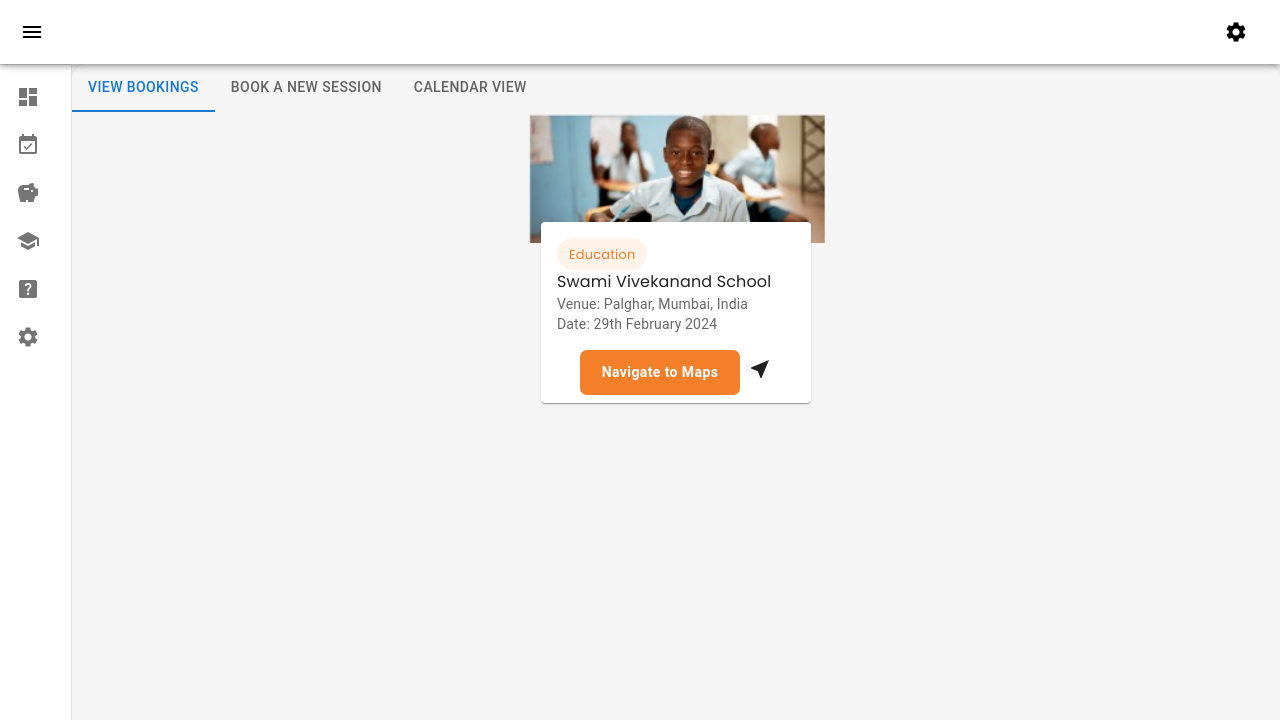
Repository: shubhampirate/Google_Solutions_Edural
Page: /bookings
An editor plug-in stored every save of this project. The page is shown before and after a run of saves, followed by the edit.
The browser window is 1280 px wide. The pictures show the whole page.
An inner scrolling area shows only its first screen. The project was rebuilt for these pictures with package versions that can differ from the ones it lists, and the page was loaded fresh each time. Some packages were replaced by stand-ins written for this rebuild. Also part of the build but not shown: src/Components/Navbar.jsx, src/Components/Footer.jsx, src/Components/CongratsCard.jsx, src/pages/Hero/Hero.jsx, src/pages/Dashboard/Dashboard.jsx, src/pages/Sign_in.jsx, src/pages/Bookings/LicenseCard.jsx.

Above is the page before, as saved 2024-02-04 18:29:15.

### src/index.js
import React from "react";
import ReactDOM from "react-dom/client";
import "./index.css";
import { GoogleOAuthProvider } from '@react-oauth/google';
import App from "./App";
import { BrowserRouter } from "react-router-dom";
const root = ReactDOM.createRoot(
    document.getElementById("root"));
root.render(
    <BrowserRouter>
<GoogleOAuthProvider clientId="730379698185-cv7a59sok9sod43v04ee6g6pt4gtaea2.apps.googleusercontent.com">
        {/* <React.StrictMode> */}
            <App />
        {/* </React.StrictMode> */}
    </GoogleOAuthProvider>
    </BrowserRouter>

);

### src/App.jsx
import Hero from "./pages/Hero/Hero";
import Dashboard from "./pages/Dashboard/Dashboard";
import Layout from "./Components/layout";
import SignIn from "./pages/Sign_in";
import Booking from "./pages/Bookings/bookings"
import {useState} from "react";
import { Route, Routes } from "react-router-dom";
function App() {
  return (
    <>
      {/* <Hero />   */}
      {/* <SignIn /> */}
      <Routes>
        <Route path="/signin" element={<><SignIn /></>} />
        <Route path="/dashboard" element={<Layout><Dashboard /></Layout>} />
        {/* <Route path="/education" element={<><Education /></>} /> */}
        <Route path="/bookings" element={<Layout><Booking /></Layout>} />
        {/* <Route path="/profile" element={<><Profile /></>} /> */}
        {/* <Route path="/finance" element={<><Finance /></>} /> */}
        {/* <Route path="/questions" element={<><Questions /></>} /> */}
        {/* <Route path="/retireaibot" element={<><Bot /></>} /> */}
        <Route path="/" element={<><Hero /></>} />
      </Routes>
         </>
  );
}

export default App;

### src/Components/layout.jsx
import React from 'react';
import { styled, createTheme, ThemeProvider } from '@mui/material/styles';
import CssBaseline from '@mui/material/CssBaseline';
import MuiDrawer from '@mui/material/Drawer';
import Box from '@mui/material/Box';
import MuiAppBar from '@mui/material/AppBar';
import Toolbar from '@mui/material/Toolbar';
import IconButton from '@mui/material/IconButton';
import MenuIcon from '@mui/icons-material/Menu';
import ChevronLeftIcon from '@mui/icons-material/ChevronLeft';
import { mainListItems } from './listItems';
import { List } from '@mui/material';
import Divider from '@mui/material/Divider';
import Badge from '@mui/material/Badge';
// import NotificationsIcon from '@mui/icons-material/Notifications';
import Typography from '@mui/material/Typography';
import SettingsIcon from '@mui/icons-material/Settings';
const drawerWidth = 240;

const AppBar = styled(MuiAppBar, {
  shouldForwardProp: (prop) => prop !== 'open',
})(({ theme, open }) => ({
  zIndex: theme.zIndex.drawer + 1,
  transition: theme.transitions.create(['width', 'margin'], {
    easing: theme.transitions.easing.sharp,
    duration: theme.transitions.duration.leavingScreen,
  }),
  ...(open && {
    marginLeft: drawerWidth,
    width: `calc(100% - ${drawerWidth}px)`,
    transition: theme.transitions.create(['width', 'margin'], {
      easing: theme.transitions.easing.sharp,
      duration: theme.transitions.duration.enteringScreen,
    }),
  }),
  backgroundColor: 'white', // Set background color to white
  color: 'black',
}));

const Drawer = styled(MuiDrawer, { shouldForwardProp: (prop) => prop !== 'open' })(
  ({ theme, open }) => ({
    '& .MuiDrawer-paper': {
      position: 'relative',
      whiteSpace: 'nowrap',
      width: drawerWidth,
      transition: theme.transitions.create('width', {
        easing: theme.transitions.easing.sharp,
        duration: theme.transitions.duration.enteringScreen,
      }),
      boxSizing: 'border-box',
      ...(!open && {
        overflowX: 'hidden',
        transition: theme.transitions.create('width', {
          easing: theme.transitions.easing.sharp,
          duration: theme.transitions.duration.leavingScreen,
        }),
        width: theme.spacing(7),
        [theme.breakpoints.up('sm')]: {
          width: theme.spacing(9),
        },
      }),
    },
  }),
);

const defaultTheme = createTheme();

const Layout = ({ children }) => {
  const [open, setOpen] = React.useState(false);

  const toggleDrawer = () => {
    setOpen(!open);
  };

  return (
    <ThemeProvider theme={defaultTheme}>
      <Box sx={{ display: 'flex' }}>
        <CssBaseline />
        <AppBar position="absolute" open={open}
        //  sx={{
        //         backgroundColor:
        //         // "rgba(244, 127, 42, 0.04)",
        //         (theme) =>
        //         theme.palette.mode === 'light'
        //             ? theme.palette.grey[100]
        //             : theme.palette.grey[900]}}
                    >
          <Toolbar
            sx={{
              pr: '24px', // keep right padding when drawer closed
            }}
          >
            <IconButton
              edge="start"
              color="inherit"
              aria-label="open drawer"
              onClick={toggleDrawer}
              sx={{
                marginRight: '36px',
                ...(open && { display: 'none' }),
              }}
            >
              <MenuIcon />
            </IconButton>
            <Typography
              component="h1"
              variant="h6"
              color="inherit"
              noWrap
              sx={{ flexGrow: 1 }}
            >
              {/* Dashboard */}
            </Typography>
            <IconButton color="inherit">
              {/* <Badge badgeContent={4} color="secondary"> */}
                <SettingsIcon />
              {/* </Badge> */}
            </IconButton>

          </Toolbar>
        </AppBar>
        <Drawer variant="permanent" open={open}>
          <Toolbar
            sx={{
              display: 'flex',
              alignItems: 'center',
              justifyContent: 'flex-end',
              px: [1],
            }}
          >
            <IconButton onClick={toggleDrawer}>
              <ChevronLeftIcon />
            </IconButton>
          </Toolbar>
          <Divider />
            <List component="nav">
                {mainListItems}
            </List>
        </Drawer>
        <Box
          component="main"
          sx={{
            backgroundColor: (theme) =>
              theme.palette.mode === 'light'
                ? theme.palette.grey[100]
                : theme.palette.grey[900],
            flexGrow: 1,
            height: '100vh',
            overflow: 'auto',
          }}
        >
          <Toolbar />
          {/* Content of individual pages */}
          {children}
        </Box>
      </Box>
    </ThemeProvider>
  );
};

export default Layout;

### src/pages/Bookings/bookings.jsx
import React, { useState, useEffect } from 'react';
import { styled, createTheme, ThemeProvider } from '@mui/material/styles';
import CssBaseline from '@mui/material/CssBaseline';
import Box from '@mui/material/Box';
import Tabs from '@mui/material/Tabs';
import Tab from '@mui/material/Tab';
import Card from '@mui/material/Card';
import CardContent from '@mui/material/CardContent';
import Typography from '@mui/material/Typography';
import GoogleMapReact from 'google-map-react'; // Install with npm/yarn
import FullCalendar from '@fullcalendar/react'; // Install with npm/yarn
import dayGridPlugin from '@fullcalendar/daygrid'; // Install with npm/yarn
import LicenseCard from './LicenseCard';
import { CardActions, Button } from '@mui/material';
import Chip from '@mui/material/Chip';
import CustomButton from '../../Components/CustomButton';
import heroImg from "../../media/img_1.jpeg";
import NorthEastIcon from '@mui/icons-material/NorthEast';
import NearMeIcon from '@mui/icons-material/NearMe';
const defaultTheme = createTheme();

const ImageCard = ({ imageSrc, schoolName, venue, date, chipLabel, chipColor, buttonText }) => {
  return (
    <Box position="relative" maxWidth="300px" margin="auto" marginBottom="2rem">
      <img
        src={imageSrc}
        alt="card-background"
        style={{
          width: '100%',
          height: '60%',
          objectFit: 'cover',
        }}
      />
      <Card
        sx={{
          position: 'absolute',
          top: '80%', // Start from around 20% from the top
          left: '5%', // Adjust as needed
          right: '5%', // Adjust as needed
          backgroundColor: (theme) => theme.palette.background.paper,
          opacity: 1,
          overflow: 'auto',
        }}
      >
        <CardContent>
          <Chip
            size="sm"
            variant="soft"
            label={chipLabel}
            sx={{ backgroundColor: chipColor, color: '#F47F2A', marginRight: '8px' }}
          />
          <br />
          <Typography variant="h7" gutterBottom>
            {schoolName}
          </Typography>
          <Typography variant="body2" color="text.secondary">
            Venue: {venue}
          </Typography>
          <Typography variant="body2" color="text.secondary">
            Date: {date}
          </Typography>
        </CardContent>
        <Box sx={{ display: 'flex-between', alignItems: 'center', justifyContent: 'center', marginBottom: '8px' }}>
          <CustomButton backgroundColor="#F47F2A" color="#fff" buttonText={buttonText} heroBtn={true} />
          <NearMeIcon sx={{ marginLeft: '8px' }} />
        </Box>
      </Card>
    </Box>
  );
};


const calendarEvents = [
  { id: 1, title: 'Event 1', start: '2024-02-10', end: '2024-02-12' },
  { id: 2, title: 'Event 2', start: '2024-02-15', end: '2024-02-18' },
  // Add more calendar event data as needed
];

const AnyReactComponent = ({ text }) => <div>{text}</div>;

export default function Booking() {
  const [tabValue, setTabValue] = useState(0);

  const handleChangeTab = (event, newValue) => {
    setTabValue(newValue);
  };

  return (
    <ThemeProvider theme={defaultTheme}>
      <Box sx={{ display: 'flex', borderRadius: '16px', overflow: 'hidden', boxShadow: '0px 0px 10px rgba(0, 0, 0, 0.1)' }}>
        <CssBaseline />
        <Box
          component="main"
          sx={{
            backgroundColor: (theme) =>
              theme.palette.mode === 'light'
                ? theme.palette.grey[100]
                : theme.palette.grey[900],
            flexGrow: 1,
            height: '100vh',
            overflow: 'hidden',
          }}
        >
          <Tabs value={tabValue} onChange={handleChangeTab}>
            <Tab label="View Bookings" />
            <Tab label="Book a New Session" />
            <Tab label="Calendar View" />
          </Tabs>

          {tabValue === 0 && (
            <ImageCard
            imageSrc={heroImg}
            schoolName="Swami Vivekanand School"
            venue="Palghar, Mumbai, India"
            date="29th February 2024"
            chipLabel="Education"
            chipColor="rgba(244, 127, 42, 0.1)"
            buttonText="Navigate to Maps"
          />
//              <Box position="relative" maxWidth="300px" margin="auto" marginBottom="2rem">
//              <img
//                src={heroImg}
//                alt="card-background"
//                style={{
//                  width: '100%',
//                  height: '60%',
//                  objectFit: 'cover',
//                }}
//              />
//              <Card
//                sx={{
//                  position: 'absolute',
//                  top: '80%', // Start from around 20% from the top
//                  left: '5%', // Adjust as needed
//                  right: '5%', // Adjust as needed
//                  backgroundColor: (theme) => theme.palette.background.paper,
//                  opacity: 1,

//                 //  minHeight:  , // Adjust as needed
//                  overflow: 'auto',
//                }}
//              >
//                <CardContent>
//                <Chip
//   size="sm"
//   variant="soft"
//   label="Education"
//   sx={{ backgroundColor: 'rgba(244, 127, 42, 0.1)', color: '#F47F2A', marginRight: '8px' }}
// />
//            <br />
//            <Typography variant="h7" gutterBottom>
//            Swami Vivekanand School
//             </Typography>

//           <Typography variant="body2" color="text.secondary">
//           Venue : Palghar, Mumbai, India
//           </Typography>
//           <Typography variant="body2" color="text.secondary">
//           Date : 29th February 2024
//           </Typography>
//                </CardContent>
//         <Box sx={{ display: 'flex-between', alignItems: 'center',justifyContent: 'center', marginBottom : '8px' }}>
//             <CustomButton backgroundColor="#F47F2A" color="#fff" buttonText="Navigate to Maps" heroBtn={true} />
//             <NearMeIcon sx={{ marginLeft: '8px' }} />
//           </Box>

//              </Card>
//            </Box>
          )}

          {tabValue === 1 && (
            <Box>
              {/* Book a New Session Content */}
              {/* Use Google Maps component to search for schools */}
              <GoogleMapReact
                bootstrapURLKeys={{ key: 'YOUR_GOOGLE_MAPS_API_KEY' }}
                defaultCenter={{ lat: 37.7749, lng: -122.4194 }}
                defaultZoom={10}
              >
                <AnyReactComponent lat={37.7749} lng={-122.4194} text="Your Location" />
              </GoogleMapReact>
            </Box>
          )}

          {tabValue === 2 && (
             <Box>
             {/* Calendar View Content */}
             {/* <FullCalendar
               plugins={[dayGridPlugin]}
               initialView="dayGridMonth"
               events={calendarEvents}
             /> */}
           </Box>          )}
        </Box>
      </Box>
    </ThemeProvider>
  );
}

### src/Components/CustomButton.jsx
import { Button, styled } from "@mui/material";
import React from "react";

const CustomButton = ({
  backgroundColor,
  color,
  buttonText,
  heroBtn,
  guideBtn,
  getStartedBtn,
}) => {
  const CustomButton = styled(Button)(({ theme }) => ({
    backgroundColor: backgroundColor,
    color: color,
    fontWeight: "700",
    fontSize: "14px",
    cursor: "pointer",
    padding: "0.5rem 1.25rem",
    borderRadius: "7px",
    textTransform: "none",
    display: "block",
    border: "2px solid transparent",
    "&:hover": {
      backgroundColor: color,
      color: backgroundColor,
      borderColor: backgroundColor,
    },
    [theme.breakpoints.down("md")]: {
      margin: (heroBtn || getStartedBtn) && theme.spacing(0, "auto", 3, "auto"),
      width: (heroBtn || getStartedBtn) && "90%",
    },
    [theme.breakpoints.down("sm")]: {
      marginTop: guideBtn && theme.spacing(3),
      width: guideBtn && "90%",
    },
  }));

  return <CustomButton>{buttonText}</CustomButton>;
};

export default CustomButton;

### src/Components/listItems.jsx
import * as React from 'react';
import ListItemButton from '@mui/material/ListItemButton';
import ListItemIcon from '@mui/material/ListItemIcon';
import ListItemText from '@mui/material/ListItemText';
import DashboardIcon from '@mui/icons-material/Dashboard';
import MedicalInformationIcon from '@mui/icons-material/MedicalInformation';
import SavingsIcon from '@mui/icons-material/Savings';
import SchoolIcon from '@mui/icons-material/School';
import HelpCenterIcon from '@mui/icons-material/HelpCenter';
import SettingsIcon from '@mui/icons-material/Settings';
import SmartToyIcon from '@mui/icons-material/SmartToy';
import { Link } from 'react-router-dom';
// import GoogleTranslateComponent from './GoogleTranslateComponent';
import EventAvailableIcon from '@mui/icons-material/EventAvailable';

export const mainListItems = (
  <>
    <React.Fragment>
      <Link to="/dashboard" style={{ textDecoration: "none", color: "black" }}>
        <ListItemButton>
          <ListItemIcon>
            <DashboardIcon />
          </ListItemIcon>
          <ListItemText primary="Dashboard" />
        </ListItemButton>
      </Link>
      <Link to="/bookings" style={{ textDecoration: "none", color: "black" }}>
        <ListItemButton>
          <ListItemIcon>
            <EventAvailableIcon />
          </ListItemIcon>
          <ListItemText primary="Bookings" />
        </ListItemButton>
      </Link>
      <Link to="/donation" style={{ textDecoration: "none", color: "black" }}>
        <ListItemButton>
          <ListItemIcon>
            <SavingsIcon />
          </ListItemIcon>
          <ListItemText primary="Donation" />
        </ListItemButton>
      </Link>
      <Link to="/education" style={{ textDecoration: "none", color: "black" }}>
        <ListItemButton>
          <ListItemIcon>
            <SchoolIcon />
          </ListItemIcon>
          <ListItemText primary="Educational Test" />
        </ListItemButton>
      </Link>
      <Link to="/questions" style={{ textDecoration: "none", color: "black" }}>
        <ListItemButton>
          <ListItemIcon>
            <HelpCenterIcon />
          </ListItemIcon>
          <ListItemText primary="FAQ" />
        </ListItemButton>
      </Link>
      <Link to="/profile" style={{ textDecoration: "none", color: "black" }}>
        <ListItemButton>
          <ListItemIcon>
            <SettingsIcon />
          </ListItemIcon>
          <ListItemText primary="Profile" />
        </ListItemButton>
      </Link>
      {/* <Link to="/retireaibot" style={{ textDecoration: "none", color: "black" }}>
        <ListItemButton>
          <ListItemIcon>
            <SmartToyIcon />
          </ListItemIcon>
          <ListItemText primary="Retire AI Bot" />
        </ListItemButton>
      </Link> */}
    </React.Fragment >
  </>
);

Loaded but not shown: public/index.html (common file); src/index.css (common file)

After the next 2 saves:
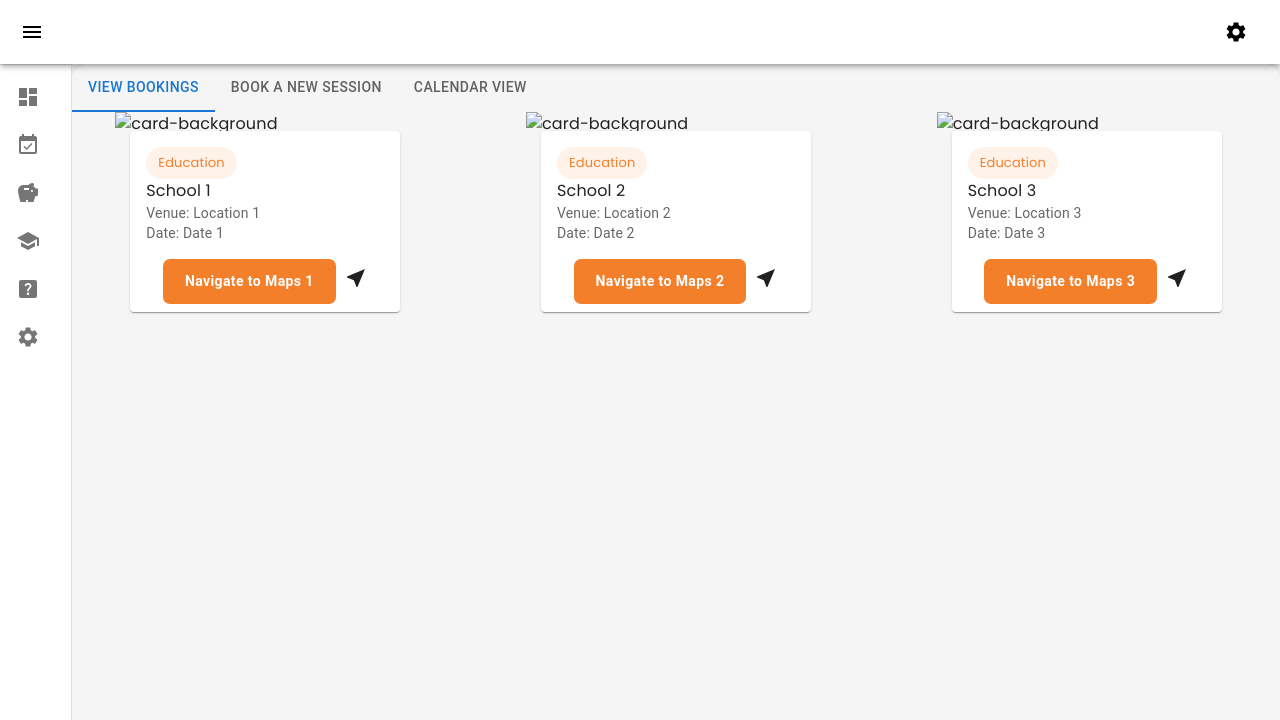
Not found: path/to/your/image1.jpg
Not found: path/to/your/image2.jpg
Not found: path/to/your/image3.jpg
The 2 saves are shown as one change because 1 did not build or start.
The last was saved 3 min 23 s later.
--- a/src/pages/Bookings/bookings.jsx
+++ b/src/pages/Bookings/bookings.jsx
@@ -17,6 +17,7 @@ import CustomButton from '../../Components/CustomButton';
 import heroImg from "../../media/img_1.jpeg";
 import NorthEastIcon from '@mui/icons-material/NorthEast';
 import NearMeIcon from '@mui/icons-material/NearMe';
+import { Grid } from '@mui/material';
 const defaultTheme = createTheme();
 
 const ImageCard = ({ imageSrc, schoolName, venue, date, chipLabel, chipColor, buttonText }) => {
@@ -108,15 +109,42 @@ export default function Booking() {
           </Tabs>
 
           {tabValue === 0 && (
-            <ImageCard
-            imageSrc={heroImg}
-            schoolName="Swami Vivekanand School"
-            venue="Palghar, Mumbai, India"
-            date="29th February 2024"
-            chipLabel="Education"
-            chipColor="rgba(244, 127, 42, 0.1)"
-            buttonText="Navigate to Maps"
-          />
+            <Grid container spacing={3}>
+            <Grid item xs={12} sm={6} md={4} lg={4}>
+              <ImageCard
+                imageSrc="path/to/your/image1.jpg"
+                schoolName="School 1"
+                venue="Location 1"
+                date="Date 1"
+                chipLabel="Education"
+                chipColor="rgba(244, 127, 42, 0.1)"
+                buttonText="Navigate to Maps 1"
+              />
+            </Grid>
+            <Grid item xs={12} sm={6} md={4} lg={4}>
+              <ImageCard
+                imageSrc="path/to/your/image2.jpg"
+                schoolName="School 2"
+                venue="Location 2"
+                date="Date 2"
+                chipLabel="Education"
+                chipColor="rgba(244, 127, 42, 0.1)"
+                buttonText="Navigate to Maps 2"
+              />
+            </Grid>
+            <Grid item xs={12} sm={6} md={4} lg={4}>
+              <ImageCard
+                imageSrc="path/to/your/image3.jpg"
+                schoolName="School 3"
+                venue="Location 3"
+                date="Date 3"
+                chipLabel="Education"
+                chipColor="rgba(244, 127, 42, 0.1)"
+                buttonText="Navigate to Maps 3"
+              />
+            </Grid>
+            {/* Add more Grid items for additional cards */}
+          </Grid>
 //              <Box position="relative" maxWidth="300px" margin="auto" marginBottom="2rem">
 //              <img
 //                src={heroImg}

After the save that followed:
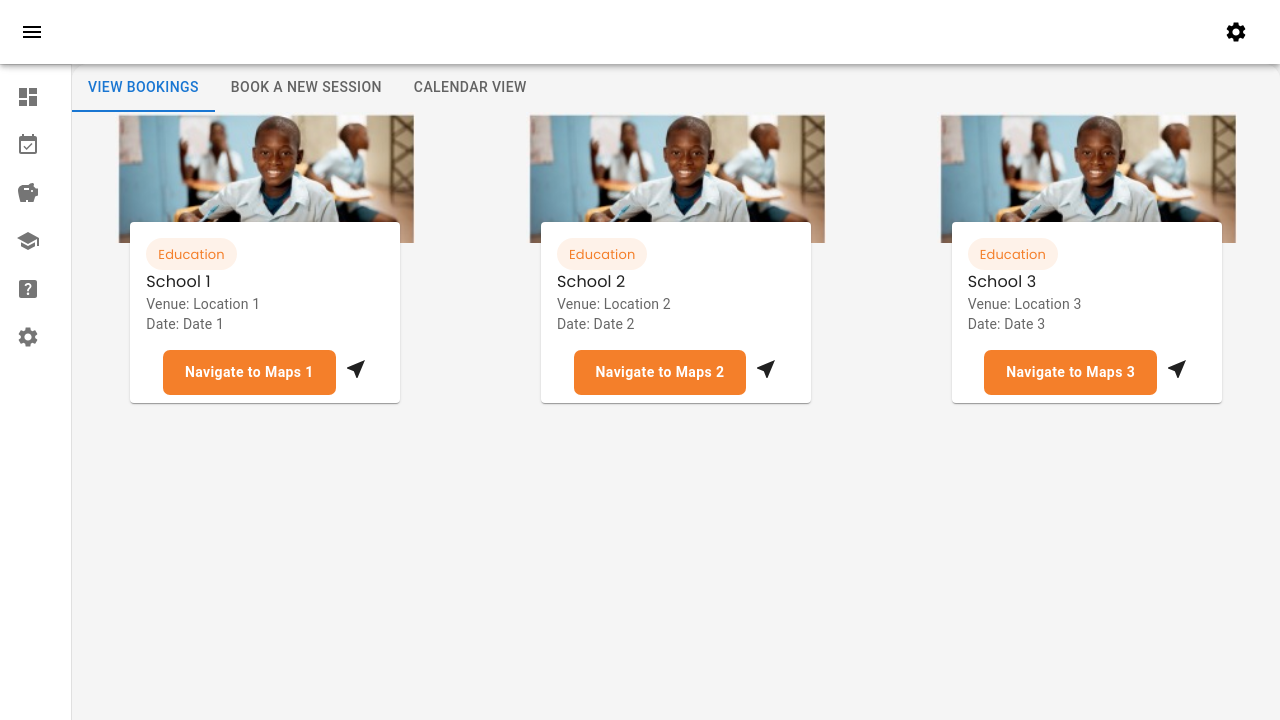
Saved 61 s later.
--- a/src/pages/Bookings/bookings.jsx
+++ b/src/pages/Bookings/bookings.jsx
@@ -112,7 +112,7 @@ export default function Booking() {
             <Grid container spacing={3}>
             <Grid item xs={12} sm={6} md={4} lg={4}>
               <ImageCard
-                imageSrc="path/to/your/image1.jpg"
+                imageSrc={heroImg}
                 schoolName="School 1"
                 venue="Location 1"
                 date="Date 1"
@@ -123,7 +123,7 @@ export default function Booking() {
             </Grid>
             <Grid item xs={12} sm={6} md={4} lg={4}>
               <ImageCard
-                imageSrc="path/to/your/image2.jpg"
+                imageSrc={heroImg}
                 schoolName="School 2"
                 venue="Location 2"
                 date="Date 2"
@@ -134,7 +134,7 @@ export default function Booking() {
             </Grid>
             <Grid item xs={12} sm={6} md={4} lg={4}>
               <ImageCard
-                imageSrc="path/to/your/image3.jpg"
+                imageSrc={heroImg}
                 schoolName="School 3"
                 venue="Location 3"
                 date="Date 3"
